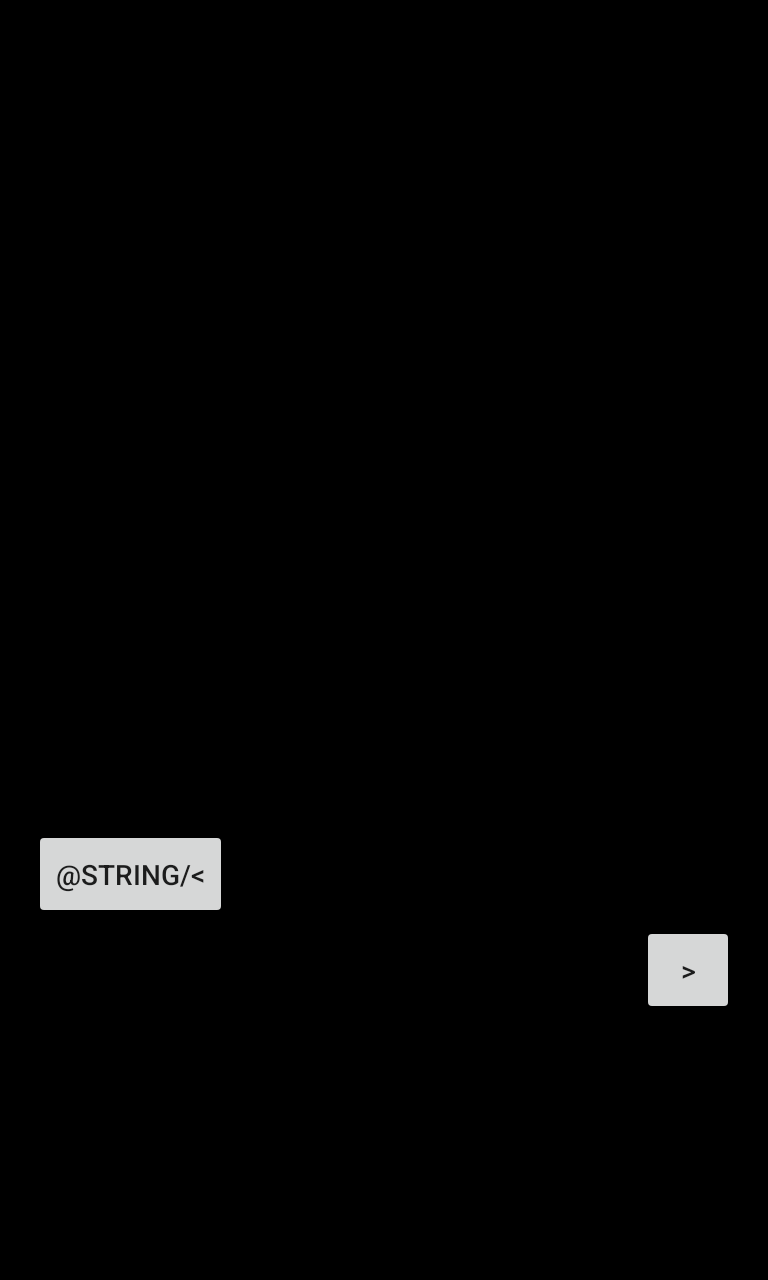
Repository: Dsupreme/MC_tictactoe
Layout: basicgrid/res/layout/tutorial1.xml
An editor plug-in stored every save of this project. The layout is shown before and after the next save, followed by the edit.
It is drawn on a 768 x 1280 px phone screen (xhdpi) without system bars, with theme AppTheme; the app's code is not run. The app's manifest (not shown) leaves right-to-left support off. So textAlignment, textDirection and layoutDirection are ignored, and left and right values win over start and end ones.

Above is the layout before, as saved 2014-12-02 04:59:35.

After the next save:
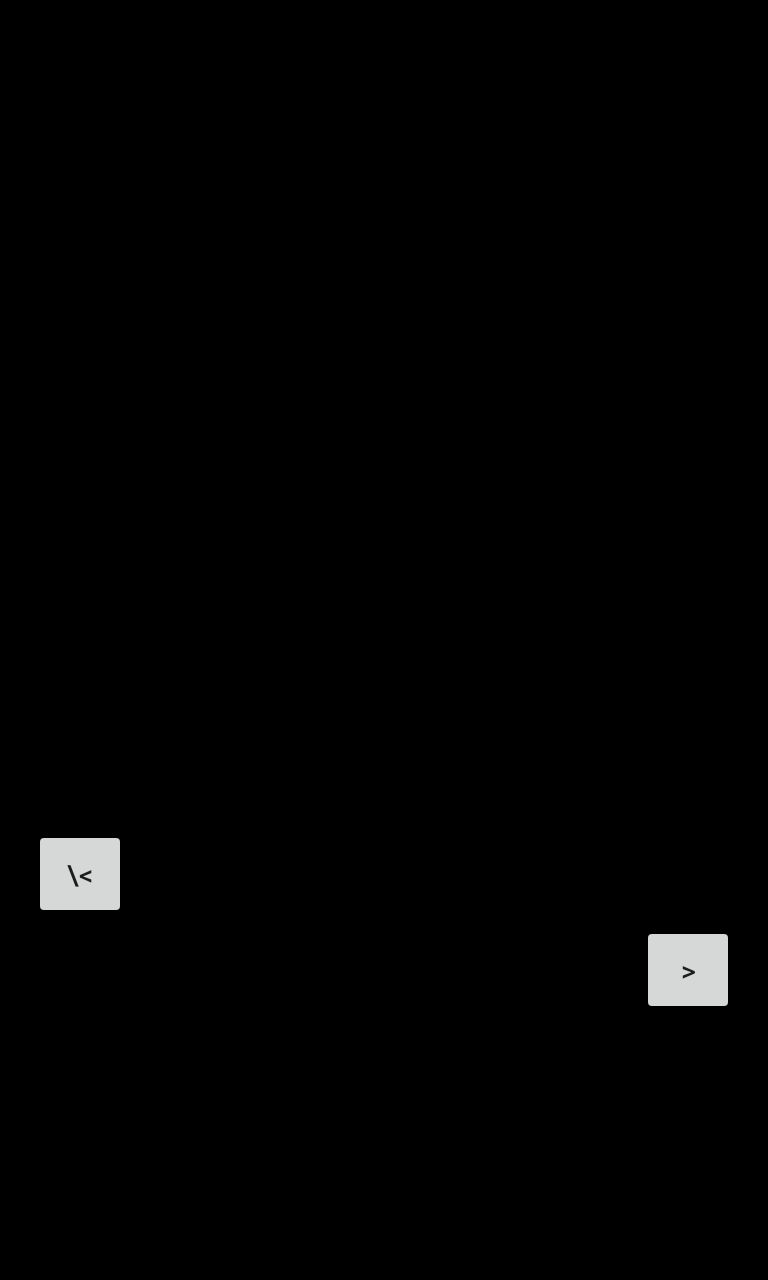
Saved 19 s later.
--- a/basicgrid/res/layout/tutorial1.xml
+++ b/basicgrid/res/layout/tutorial1.xml
@@ -38,7 +38,7 @@
         android:layout_width="wrap_content"
         android:layout_height="wrap_content"
         android:layout_gravity="left"
-        android:text="@string/<" />
+        android:text="\<" />
 
     <Button
         android:id="@+id/right"
